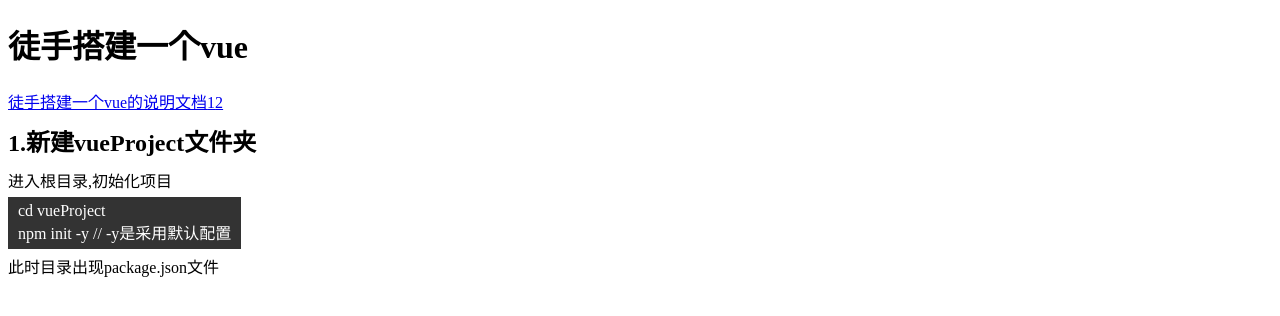
Repository: yuWhy/vue-build-cli
Page: /#/vueBuild
These files come from the project's save history. The page is drawn as it stood at one moment and after the next save; the edit follows.
The browser window is 1280 px wide. The pictures show the whole page.
The project was rebuilt for these pictures with package versions that can differ from the ones it lists, and the page was loaded fresh each time. Also part of the build but not shown: webpack.config.js, src/router/index.js.

Above is the page before, as saved 2021-02-19 16:02:40.

### index.html
<!DOCTYPE html>
<html lang="en">

<head>
  <meta charset="utf-8">
  <meta http-equiv="X-UA-Compatible" content="IE=edge">
  <meta name="viewport" content="width=device-width,initial-scale=1.0">
</head>

<body>
  <div id="app"></div>
</body>

</html>

### src/main.js
import Vue from 'vue'
import App from "./App.vue"
import router from './router/index.js'

new Vue({
  el: '#app',
  router,
  render: h => h(App)
})

### src/App.vue
<template>
  <div id="app">
    <h1>{{msg}}</h1>
    <router-link to="vueBuild">徒手搭建一个vue的说明文档</router-link>
    <router-link to="hello">1</router-link>
    <router-link to="login">2</router-link>
    <router-view></router-view>
  </div>
</template>

<script>
export default {
  name: 'App',
  data() {
    return {
      msg: '徒手搭建一个vue'
    }
  }
}
</script>

### src/components/vue-build.vue
<template>
  <div>
    <h2>1.新建vueProject文件夹</h2>
    <p>进入根目录,初始化项目</p>
    <div class="dimk">
      cd vueProject <br>
      npm init -y // -y是采用默认配置
    </div>
    <br>
    此时目录出现package.json文件
  </div>
</template>
<script>
export default {
  name: 'vueBuild'
}
</script>
<style scoped>
* {
  padding: 0;
  margin: 0;
}
  h2 {
    margin: 10px 0;
  }
  .dimk {
    background: #333;
    color: #fff;
    padding: 5px 10px;
    display: inline-block;
    margin: 5px 0;
  }
</style>

After the next save:
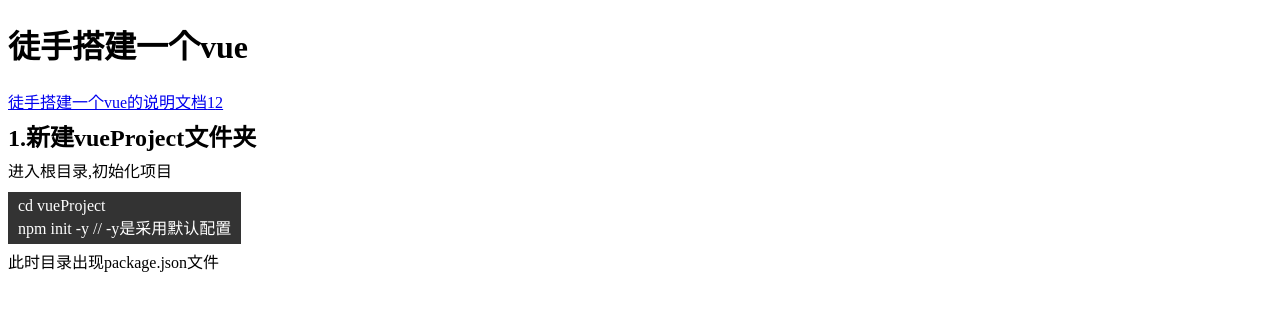
Saved 3 min 19 s later.
--- a/src/components/vue-build.vue
+++ b/src/components/vue-build.vue
@@ -18,16 +18,12 @@ export default {
 <style scoped>
 * {
   padding: 0;
-  margin: 0;
+  margin: 5px 0;
 }
-  h2 {
-    margin: 10px 0;
-  }
   .dimk {
     background: #333;
     color: #fff;
     padding: 5px 10px;
     display: inline-block;
-    margin: 5px 0;
   }
 </style>
